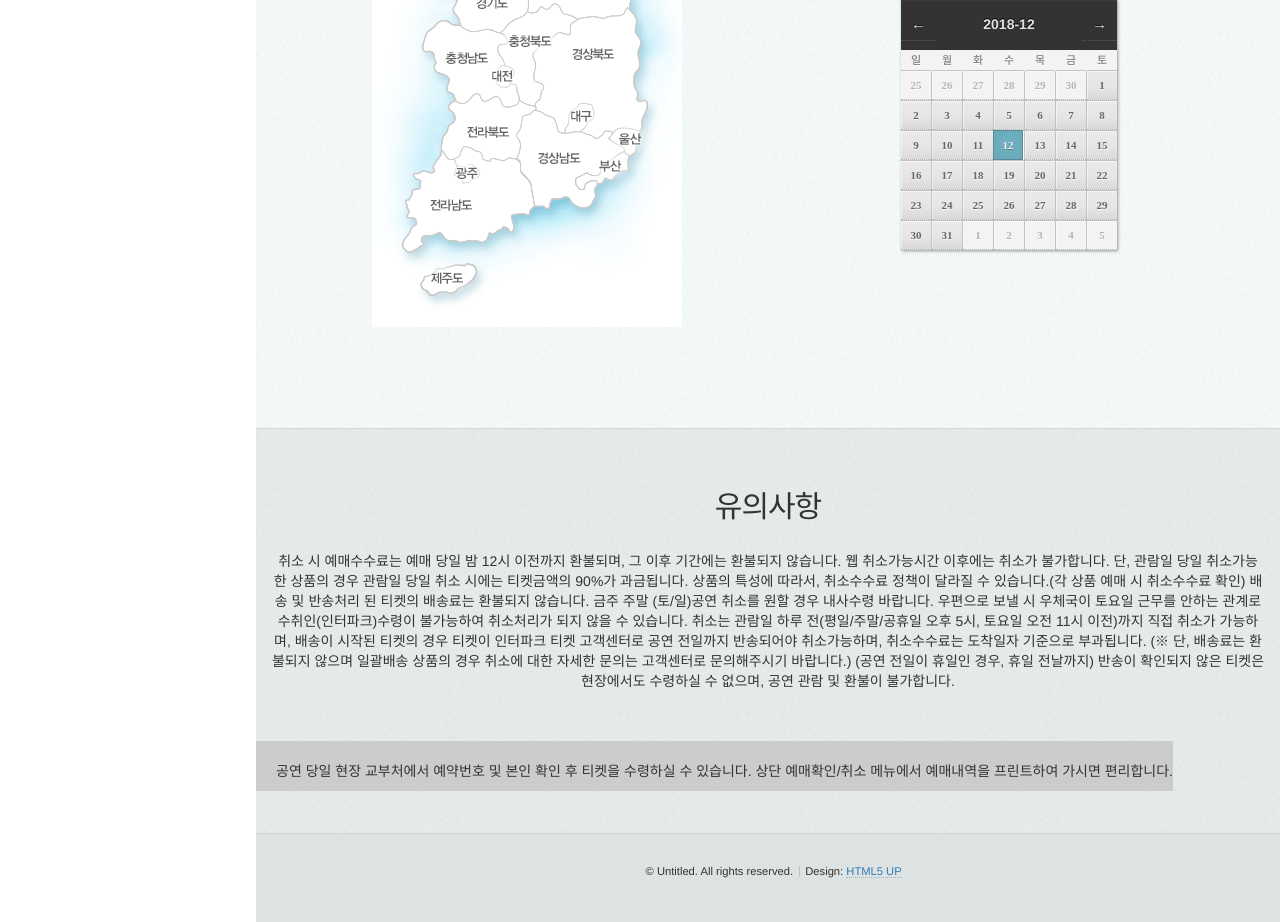
Repository: hj-jin/Theater
Page: http://localhost/SpringPRJ/WEB-INF/view/index.jsp
These files come from the project's save history. The page is drawn as it stood at one moment and after the next save; the edit follows.
The browser window is 1280 px wide. The pictures show the part of the page from y = 721 to 1673 px (the page is 1643 px tall before and 1673 px after).
Some web fonts or font styles are not loaded; a fallback is used. Some web libraries are served in a nearby version. The page is served by Tomcat 9. Nobody is signed in. Other server files are loaded and not shown. The template is opened directly, without the code that normally fills it, so the values that code supplies are empty.

Above is the page before, as saved 2018-12-12 04:09:18.

### SpringPRJ/WebContent/WEB-INF/view/index.jsp
<%@ page language="java" contentType="text/html; charset=UTF-8"
    pageEncoding="UTF-8"%>
<%
	String elem = (String)request.getAttribute("elem");
%>
<html>
<!DOCTYPE HTML>
<!--
	Prologue by HTML5 UP
	html5up.net | @ajlkn
	Free for personal and commercial use under the CCA 3.0 license (html5up.net/license)
-->
<html>
		<!-- head -->
		<%@ include file="/WEB-INF/view/Head.jsp" %>
		<style>
		.Con_ST {
		    position: relative;
		    display: block;
		    width: 100%;
		    height: 328px;
		    overflow: hidden;
		    background: url(http://ticketimage.interpark.com/TicketImage/main/100506_sub/bg_t_play.jpg) top left no-repeat;
		}
		.Con_ST .wrap_Tview {
		    position: relative;
		    width: 900px;
		    margin-top: 44px;
		    margin-left: 56px;
		    display: block;
		}
		dl.Tview {
		    position: relative;
		    float: left;
		    width: 129px;
		    margin: 0 6px;
		    display: inline;
		    overflow: hidden;
		}
		dl.Tview dt.Tposter {
		    position: relative;
		    width: 129px;
		    height: 161px;
		}
		dl.Tview dt.Tposter a {
		    width: 129px;
		    height: 161px;
		    display: inline-block;
		}
		dl.Tview dt.Tposter .info {
		    position: absolute;
		    z-index: 10;
		    top: 118px;
		    left: 3px;
		    width: 123px;
		    height: 35px;
		    background: url(http://ticketimage.interpark.com/TicketImage/main/100506_sub/tp_bg_info.png);
		    cursor: pointer;
		}
		dl.Tview dt.Tposter .info .txt1 {
		    display: block;
		    color: #e7e7e7;
		    text-align: center;
		    font-size: 11px;
		    margin-top: 5px;
		    height: 13px;
		    overflow: hidden;
		}
		dl.Tview dt.Tposter .info .txt2 {
		    display: block;
		    color: #ffcfce;
		    text-align: center;
		    font-size: 11px;
		    margin-top: 0;
		    height: 14px;
		    overflow: hidden;
		}
		dl.Tview dd {
		    position: relative;
		    color: #fff;
		    text-align: center;
		    font-size: 11px;
		}
		dl.Tview dd span.txt1 {
		    display: block;
		    width: 129px;
		    height: 14px;
		    color: #FFF;
		    text-align: center;
		    font-size: 12px;
		    font-weight: bold;
		    letter-spacing: -0.1em;
		    overflow: hidden;
		    margin-top: 7px;
		}
		dl.Tview dd span.txt2 {
		    display: block;
		    color: #a0a0a0;
		    text-align: center;
		    font-size: 11px;
		    margin-top: 3px;
		    letter-spacing: -0.1em;
		    height: 12px;
		    overflow: hidden;
		}
		dl.Tview dd span.txt3 {
		    display: block;
		    color: #a0a0a0;
		    text-align: center;
		    font-size: 11px;
		    font-family: arial;
		    letter-spacing: 0;
		    height: 11px;
		    overflow: hidden;
		}

		</style>
		</head>
		<!-- head -->

		<!-- top -->
		<%@ include file="/WEB-INF/view/top.jsp" %>
		<!-- top -->


		<!-- Main -->
			<div id="main">

				<!-- Intro -->
					<section id="top" class="one dark cover" >
							<div class="Con_ST">
								<%=elem %>
							</div>
					</section>

				<!-- Portfolio -->
					<section id="portfolio" class="two">
						<div class="container">
							<header>
								<h3>지역별  / 날짜별 검색</h3>
							</header>
							<div class="col-sm-12">
								<div class="col-sm-6">
									<%@ include file="/WEB-INF/view//local/localSelect.jsp" %>
								</div>
								<div class="col-sm-6">
								<%@ include file="/WEB-INF/view//cal/calSelect.jsp" %>
								</div>

							</div>

						</div>
					</section>

				<!-- About Me -->
					<!-- <section id="about" class="three">
						<div class="container">

							<header>
								<h3>홍보 배너</h3>
							</header>


						</div>
					</section> -->

				<!-- Contact -->
					<section id="contact" class="four">
						<div class="container">

							<header>
								<h2>유의사항</h2>
							</header>

							<p>취소 시 예매수수료는 예매 당일 밤 12시 이전까지 환불되며, 그 이후 기간에는 환불되지 않습니다.
웹 취소가능시간 이후에는 취소가 불가합니다.
 단, 관람일 당일 취소가능 한 상품의 경우 관람일 당일 취소 시에는 티켓금액의 90%가 과금됩니다.
상품의 특성에 따라서, 취소수수료 정책이 달라질 수 있습니다.(각 상품 예매 시 취소수수료 확인)
배송 및 반송처리 된 티켓의 배송료는 환불되지 않습니다.
금주 주말 (토/일)공연 취소를 원할 경우 내사수령 바랍니다. 우편으로 보낼 시 우체국이 토요일 근무를 안하는 관계로 수취인(인터파크)수령이 불가능하여 취소처리가 되지 않을 수 있습니다.
취소는 관람일 하루 전(평일/주말/공휴일 오후 5시, 토요일 오전 11시 이전)까지 직접 취소가 가능하며, 배송이 시작된 티켓의 경우 티켓이 인터파크 티켓 고객센터로 공연 전일까지 반송되어야 취소가능하며, 취소수수료는 도착일자 기준으로 부과됩니다.
(※ 단, 배송료는 환불되지 않으며 일괄배송 상품의 경우 취소에 대한 자세한 문의는 고객센터로 문의해주시기 바랍니다.)
(공연 전일이 휴일인 경우, 휴일 전날까지) 반송이 확인되지 않은 티켓은 현장에서도 수령하실 수 없으며, 공연 관람 및 환불이 불가합니다.
<br />
<br />
<br />
<br />


</p>

								<div class="row">
									<div style="background-color:#cccccc">
										<p>
										공연 당일 현장 교부처에서 예약번호 및 본인 확인 후 티켓을 수령하실 수 있습니다.

상단 예매확인/취소 메뉴에서 예매내역을 프린트하여 가시면 편리합니다.
										</p>
									</div>
								</div>

						</div>
					</section>

			</div>

		<!-- bottom -->

		<%@ include file="/WEB-INF/view/bottom.jsp" %>


	</body>
</html>

### SpringPRJ/WebContent/WEB-INF/view/Head.jsp
<%@page import="poly.util.CmmUtil"%>
<%@ page language="java" contentType="text/html; charset=UTF-8"
    pageEncoding="UTF-8"%>

		<head>
			<title>main</title>
			<meta charset="utf-8" />
			<meta name="viewport" content="width=device-width, initial-scale=1, user-scalable=no" />
			<link rel="stylesheet" href="/assets/css/main.css" />

		 	<!-- 부트스트랩 -->
			<!-- 합쳐지고 최소화된 최신 CSS -->
			<link rel="stylesheet" href="https://maxcdn.bootstrapcdn.com/bootstrap/3.3.2/css/bootstrap.min.css">
			<!-- 부가적인 테마 -->
			<link rel="stylesheet" href="https://maxcdn.bootstrapcdn.com/bootstrap/3.3.2/css/bootstrap-theme.min.css">
			<!-- jQuery (부트스트랩의 자바스크립트 플러그인을 위해 필요합니다) -->
			<script src="https://ajax.googleapis.com/ajax/libs/jquery/1.11.2/jquery.min.js">
			<!-- 합쳐지고 최소화된 최신 자바스크립트 -->
			<script src="https://maxcdn.bootstrapcdn.com/bootstrap/3.3.2/js/bootstrap.min.js"></script>
			<!-- 부트스트랩 -->

			<%
				String userSeq = CmmUtil.nvl((String)session.getAttribute("userSeq"));
				String email = CmmUtil.nvl((String)session.getAttribute("email"));
				String name = CmmUtil.nvl((String)session.getAttribute("name"));
				String hp = CmmUtil.nvl((String)session.getAttribute("hp"));
				String birth = CmmUtil.nvl((String)session.getAttribute("birth"));
				String gender = CmmUtil.nvl((String)session.getAttribute("gender"));
			%>

### SpringPRJ/WebContent/WEB-INF/view/top.jsp
<%@ page language="java" contentType="text/html; charset=UTF-8"
    pageEncoding="UTF-8"%>

		<body class="is-preload">


		<!-- Header -->
			<div id="header">

				<div class="top">

					<!-- Logo -->
						<div id="logo" onclick="location.href='/main.do'">
							<span class="image avatar48"><img src="/assets/images/avatar.jpg" alt="" /></span>
							<h1 id="title">LOGO</h1>
							<p>Hyperspace Engineer</p>
						</div>

					<!-- Nav -->
						<nav id="nav" style="position:relative;">
							<ul>
								<li style="height:50px;">
									<%if(session.getAttribute("userSeq") != null){ %>
										<p><%=session.getAttribute("name") %>님
										<button type="button" class="btn btn-default" onclick="location.href='/user/Logout.do'">로그아웃</button></p>
									<%}else{ %>
										<a href="" id="contact-link"><span class="icon fa-envelope">로그인</span></a>
										<!-- 로그인 클릭  -->
										<div style="width:100%; cursor:pointer; border:1px solid #cccccc; background-color:rgba(255,255,255,0); position:absolute; height:50px; top:0px;" onclick="location.href='/user/userLogin.do'">
										&nbsp;
										</div>
									<%} %>
								</li>
								<li style="height:50px;"><a href="#top" id="top-link"><span class="icon fa-home">지역/날짜별 검색</span></a></li>
								<li style="height:50px;"><a href="" id="portfolio-link"><span class="icon fa-th">자막제공</span></a></li>
								<li style="height:50px;"><a href="#about" id="about-link"><span class="icon fa-user">공연장</span></a></li>
								<li style="height:50px;"><a href="" id="contact-link"><span class="icon fa-user">게시판</span></a></li>
								<li style="height:50px;"><a href="" id="contact-link"><span class="icon fa-user">회원목록</span></a></li>
							</ul>


							<!-- 지역/날짜 별 클릭  -->
							<div style="width:100%; cursor:pointer; border:1px solid #cccccc; background-color:rgba(255,255,255,0); position:absolute; height:50px; bottom:200px;" onclick="location.href='/main.do'">
							&nbsp;
							</div>
							<!-- 자막제공 클릭  -->
							<div style="width:100%; cursor:pointer; border:1px solid #cccccc; background-color:rgba(255,255,255,0); position:absolute; height:50px; bottom:150px;" onclick="location.href='/speech/speechGetText.do'">
							&nbsp;
							</div>
							<!-- 공연장 클릭  -->
							<div style="width:100%; cursor:pointer; border:1px solid #cccccc; background-color:rgba(255,255,255,0); position:absolute; height:50px; bottom:100px;" onclick="location.href='/theater/theaterSelect.do'">
							&nbsp;
							</div>
							<!-- 게시판 클릭  -->
							<div style="width:100%; cursor:pointer; border:1px solid #cccccc; background-color:rgba(255,255,255,0); position:absolute; height:50px; bottom:50px;" onclick="location.href='/notice/noticeList.do'">
							&nbsp;
							</div>
							<!-- 회원목록 클릭  -->
							<div style="width:100%; cursor:pointer; border:1px solid #cccccc; background-color:rgba(255,255,255,0); position:absolute; height:50px; bottom:0px;" onclick="location.href='/user/userList.do'">
							&nbsp;
							</div>

						</nav>

				</div>

				<div class="bottom">

					<!-- Social Icons -->
						<ul class="icons">
							<li><a href="#" class="icon fa-twitter"><span class="label">Twitter</span></a></li>
							<li><a href="#" class="icon fa-facebook"><span class="label">Facebook</span></a></li>
							<li><a href="#" class="icon fa-github"><span class="label">Github</span></a></li>
							<li><a href="#" class="icon fa-dribbble"><span class="label">Dribbble</span></a></li>
							<li><a href="#" class="icon fa-envelope"><span class="label">Email</span></a></li>
						</ul>

				</div>
			</div>



			 <!-- Scripts -->
			<script src="/assets/js/jquery.min.js"></script>
			<script src="/assets/js/jquery.scrolly.min.js"></script>
			<script src="/assets/js/jquery.scrollex.min.js"></script>
			<script src="/assets/js/browser.min.js"></script>
			<script src="/assets/js/breakpoints.min.js"></script>
			<script src="/assets/js/util.js"></script>
			<script src="/assets/js/main.js"></script>

### SpringPRJ/WebContent/WEB-INF/view/local/localSelect.jsp
<%@ page language="java" contentType="text/html; charset=UTF-8"
    pageEncoding="UTF-8"%>
<!DOCTYPE html PUBLIC "-//W3C//DTD HTML 4.01 Transitional//EN" "http://www.w3.org/TR/html4/loose.dtd">


<div>
<img src="/assets/images/locMap.gif" usemap="#LeftAreaMap">
	<map name="LeftAreaMap" id="LeftAreaMap">
		<area name="rect" coords="97,112,117,121" href="/local/localSelect.do?sidoCode=11"><!-- 서울11 o-->
		<area name="rect" coords="171,100,246,144" href="/local/localSelect.do?sidoCode=42"><!-- 강원 42-->
		<area name="rect" coords="58,101,83,118" href="/local/localSelect.do?sidoCode=28"><!-- 인천 28-->
		<area name="rect" coords="98,135,139,152" href="/local/localSelect.do?sidoCode=41"><!-- 경기 41 o-->
		<area name="rect" coords="134,171,181,191" href="/local/localSelect.do?sidoCode=43"><!-- 충북 43 -->
		<area name="rect" coords="70,187,117,203" href="/local/localSelect.do?sidoCode=44"><!-- 충남 44-->
		<area name="rect" coords="121,209,145,226" href="/local/localSelect.do?sidoCode=30"><!-- 대전30 o-->
		<area name="rect" coords="194,183,255,210" href="/local/localSelect.do?sidoCode=47"><!-- 경북 47-->
		<area name="rect" coords="196,246,221,265" href="/local/localSelect.do?sidoCode=27"><!-- 대구 27 o-->
		<area name="rect" coords="243,270,269,288" href="/local/localSelect.do?sidoCode=31"><!-- 울산 31 -->
		<area name="rect" coords="224,296,253,320" href="/local/localSelect.do?sidoCode=26"><!-- 부산 26 o-->
		<area name="rect" coords="163,286,209,305" href="/local/localSelect.do?sidoCode=48"><!-- 경남 48 o 창원 -->
		<area name="rect" coords="93,260,144,283" href="/local/localSelect.do?sidoCode=45"><!-- 전북 45 o 전주-->
		<area name="rect" coords="83,303,108,320" href="/local/localSelect.do?sidoCode=29"><!-- 광주 29 o -->
		<area name="rect" coords="54,335,110,370" href="/local/localSelect.do?sidoCode=46"><!-- 전남 46-->
		<area name="rect" coords="55,410,101,427" href="/local/localSelect.do?sidoCode=50"><!-- 제주 50 o -->

	</map>
</div>

### SpringPRJ/WebContent/WEB-INF/view/cal/calSelect.jsp
<%@page import="java.util.Calendar"%>
<%@ page language="java" contentType="text/html; charset=UTF-8"
    pageEncoding="UTF-8"%>
<!DOCTYPE html PUBLIC "-//W3C//DTD HTML 4.01 Transitional//EN" "http://www.w3.org/TR/html4/loose.dtd">

	<link rel="stylesheet" href="/assets/css/calStyle.css"/>
	<script type="text/javascript" src="/assets/js/calendar.js"></script>

	<div class="jquery-calendar"></div>
	<script>
	function day(){
		var year = $('table.cal>caption').find('span.month').text();
		var day = $('table.cal>tbody>tr').find('td.active').text();

		if(day < 10){
			day = '0' + day;
		}
		year = year.replace("-","");

		var stdate = year + day ;
//		alert("stdate() : " + stdate);
		location.href="/cal/calSelect.do?stdate=" +stdate;
	}
	</script>

### SpringPRJ/WebContent/WEB-INF/view/bottom.jsp
<%@ page language="java" contentType="text/html; charset=UTF-8"
    pageEncoding="UTF-8"%>


   	 <!-- Footer -->
			<div id="footer">

				<!-- Copyright -->
					<ul class="copyright">
						<li>&copy; Untitled. All rights reserved.</li><li>Design: <a href="http://html5up.net">HTML5 UP</a></li>
					</ul>

			</div>

### SpringPRJ/src/poly/util/CmmUtil.java
package poly.util;

public class CmmUtil {
	public static String nvl(String str, String chg_str) {
		String res;

		if (str == null) {
			res = chg_str;
		} else if (str.equals("")) {
			res = chg_str;
		} else {
			res = str;
		}
		return res;
	}

	public static String nvl(String str){
		return nvl(str,"");
	}

	public static String checked(String str, String com_str){
		if(str.equals(com_str)){
			return " checked";
		}else{
			return "";
		}
	}

	public static String checked(String[] str, String com_str){
		for(int i=0;i<str.length;i++){
			if(str[i].equals(com_str))
				return " checked";
		}
		return "";
	}

	public static String select(String str,String com_str){
		if(str.equals(com_str)){
			return " selected";
		}else{
			return "";
		}
	}
}

### SpringPRJ/WebContent/assets/css/calStyle.css
.picker-container {
position: absolute;
z-index: 99;

}


.cal {
background-color: white;
display: block;
width: 216px;
-webkit-box-shadow: 1px 1px 3px rgba(0, 0, 0, 0.4);
box-shadow: 1px 1px 3px rgba(0, 0, 0, 0.4);
border-collapse: collapse;
border-spacing: 0;
}

.cal a {
text-decoration: none;
}

.cal tr, .cal th, .cal td {
margin: 0;
padding: 0;
border: 0;
font-size: 100%;
font: inherit;
vertical-align: baseline;
}

.cal caption {
line-height: 32px;
font-weight: bold;
color: #e2e2e2;
text-align: center;
text-shadow: 0 -1px black;
background: #333;
//background: rgba(0, 0, 0, 0.35);
border-top: 1px solid #333;
border-bottom: 1px solid #313131;
-webkit-box-shadow: inset 0 1px rgba(255, 255, 255, 0.04);
box-shadow: inset 0 1px rgba(255, 255, 255, 0.04);
}
.cal caption a {
display: block;
line-height: 32px;
padding: 0 10px;
font-size: 15px;
color: #e2e2e2;
}
.cal caption a:hover {
color: white;
}
.cal caption .prev {
float: left;
}
.cal caption .next {
float: right;
}
.cal th, .cal td {
width: 30px;
text-align: center;
text-shadow: 0 1px rgba(255, 255, 255, 0.8);
font-family:'malgun gothic';
}
.cal th:first-child, .cal td:first-child {
border-left: 0;
}
.cal th {
line-height: 20px;
font-size: 11px;
color: #696969;
text-transform: uppercase;
background: #f3f3f3;
border-left: 1px solid #f3f3f3;
}
.cal td {
font-size: 11px;
font-weight: bold;
border-top: 1px solid #c2c2c2;
border-left: 1px solid #c2c2c2;
}
.cal td a {
clear: both;
display: block;
position: relative;
width: 30px;
line-height: 28px;
color: #666;
background-image: -webkit-linear-gradient(top, #eaeaea, #e5e5e5 60%, #d9d9d9);
background-image: -moz-linear-gradient(top, #eaeaea, #e5e5e5 60%, #d9d9d9);
background-image: -o-linear-gradient(top, #eaeaea, #e5e5e5 60%, #d9d9d9);
background-image: linear-gradient(to bottom, #eaeaea, #e5e5e5 60%, #d9d9d9);
-webkit-box-shadow: inset 1px 1px rgba(255, 255, 255, 0.5);
box-shadow: inset 1px 1px rgba(255, 255, 255, 0.5);
}
.cal td a:hover, .cal td.off a {
background: #f3f3f3;
}
.cal td.off a {
color: #b3b3b3;
}
.cal td.active a, .cal td a:active {
margin: -1px;
color: #f3f3f3;
text-shadow: 0 1px rgba(0, 0, 0, 0.3);
background: #6dafbf;
border: 1px solid #598b94;
-webkit-box-shadow: inset 0 0 10px rgba(0, 0, 0, 0.05);
box-shadow: inset 0 0 10px rgba(0, 0, 0, 0.05);
}
.cal td.active:first-child a, .cal td:first-child a:active {
border-left: 0;
margin-left: 0;
}
.cal td.active:last-child a, .cal td:last-child a:active {
border-right: 0;
margin-right: 0;
}
.cal tr:last-child td.active a, .cal tr:last-child td a:active {
border-bottom: 0;
margin-bottom: 0;
}

Loaded but not shown: SpringPRJ/WebContent/assets/js/jquery.min.js (library); SpringPRJ/WebContent/assets/css/font-awesome.min.css (library); SpringPRJ/WebContent/assets/js/jquery.scrolly.min.js (common file); SpringPRJ/WebContent/assets/js/jquery.scrollex.min.js (common file); SpringPRJ/WebContent/assets/js/browser.min.js (common file); SpringPRJ/WebContent/assets/js/breakpoints.min.js (common file); SpringPRJ/WebContent/assets/js/util.js (587 lines, source omitted); SpringPRJ/WebContent/assets/js/calendar.js (187 lines, source omitted); SpringPRJ/WebContent/assets/js/main.js (123 lines, source omitted); SpringPRJ/WebContent/assets/css/main.css (2611 lines, source omitted)

After the next save:
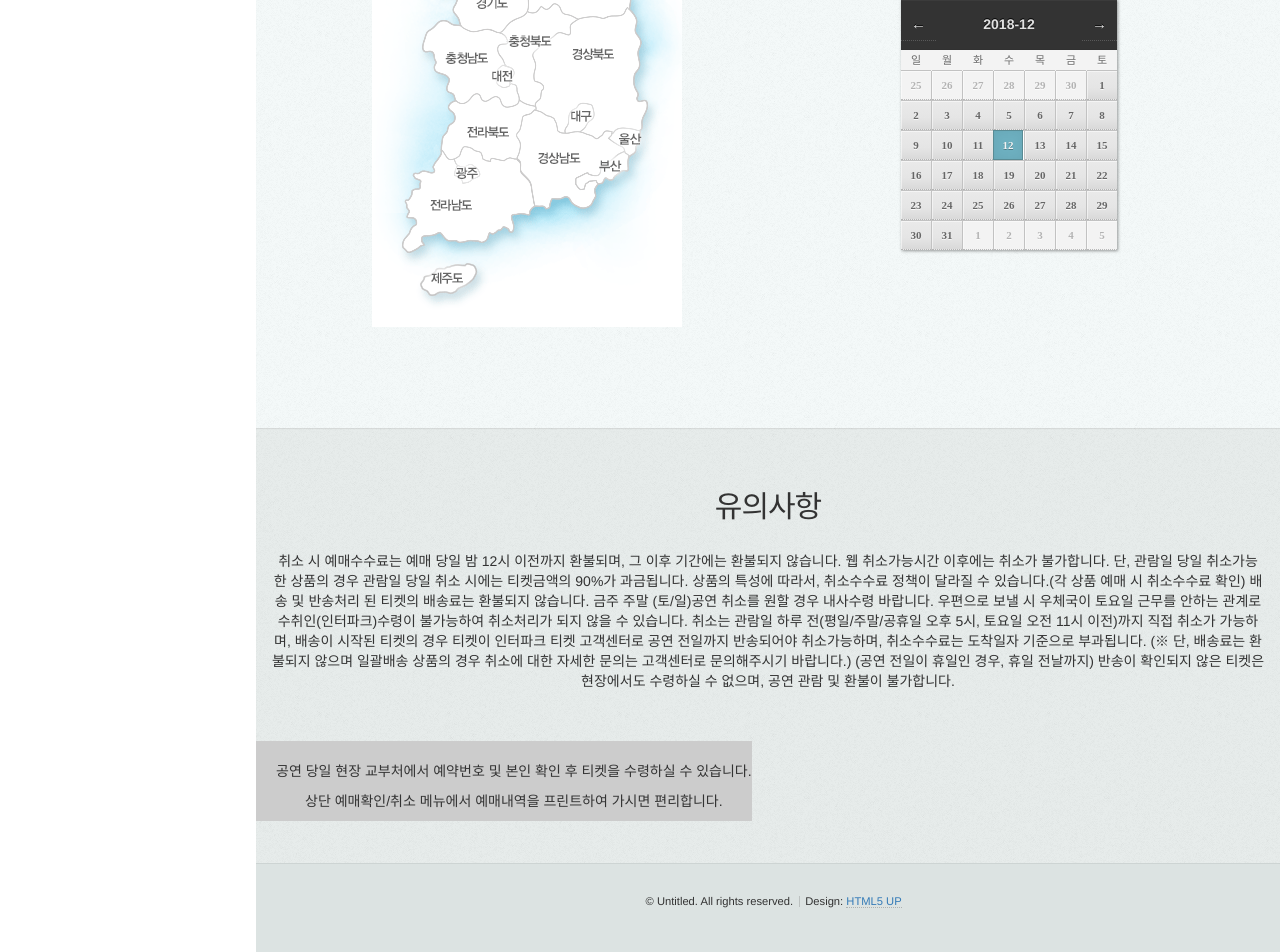
Saved 12 s later.
--- a/SpringPRJ/WebContent/WEB-INF/view/index.jsp
+++ b/SpringPRJ/WebContent/WEB-INF/view/index.jsp
@@ -193,7 +193,7 @@
 									<div style="background-color:#cccccc">
 										<p>
 										공연 당일 현장 교부처에서 예약번호 및 본인 확인 후 티켓을 수령하실 수 있습니다.
-
+									</p><p>
 상단 예매확인/취소 메뉴에서 예매내역을 프린트하여 가시면 편리합니다.
 										</p>
 									</div>
